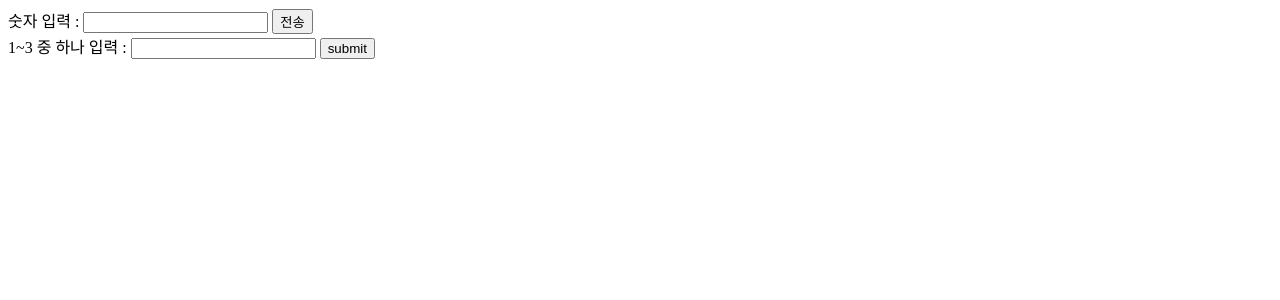
Repository: emthrology/servertest
Page: http://localhost/jspTag/JSTL/jsp_JSTL.jsp
The author's editor kept a copy of each file at every save. The page is drawn from the files as they stood at one save, then again after the next save.
The browser window is 1280 px wide. The pictures show the whole page.
The page is served by Tomcat 9.

Above is the page before, as saved 2019-05-16 05:11:57.

After the next save:
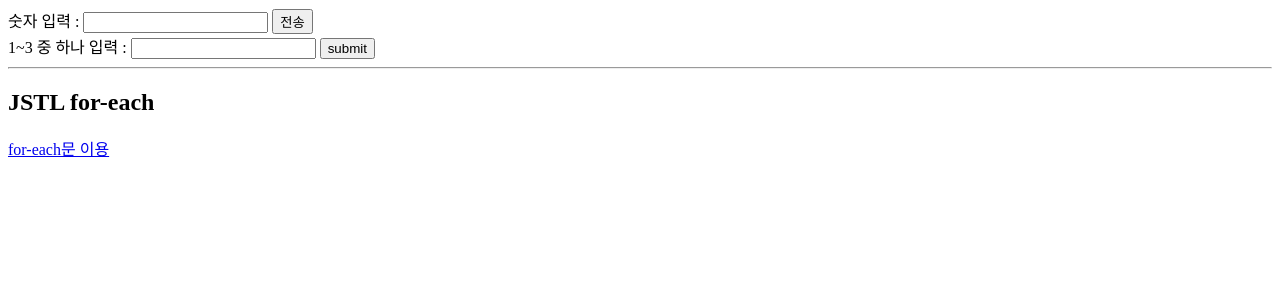
Saved 2 min 27 s later.
--- a/apache/jspTag/WebContent/JSTL/jsp_JSTL.jsp
+++ b/apache/jspTag/WebContent/JSTL/jsp_JSTL.jsp
@@ -15,5 +15,8 @@
 		1~3	중 하나 입력 : <input type="text" name="num2">
 		<input type="submit" value="submit">
 	</form>
+	<hr>
+	<h2>JSTL for-each</h2>
+	<a href="/jspTag/JSTL/jsp_JSTL_foreach.jsp">for-each문 이용</a>
 </body>
 </html>
